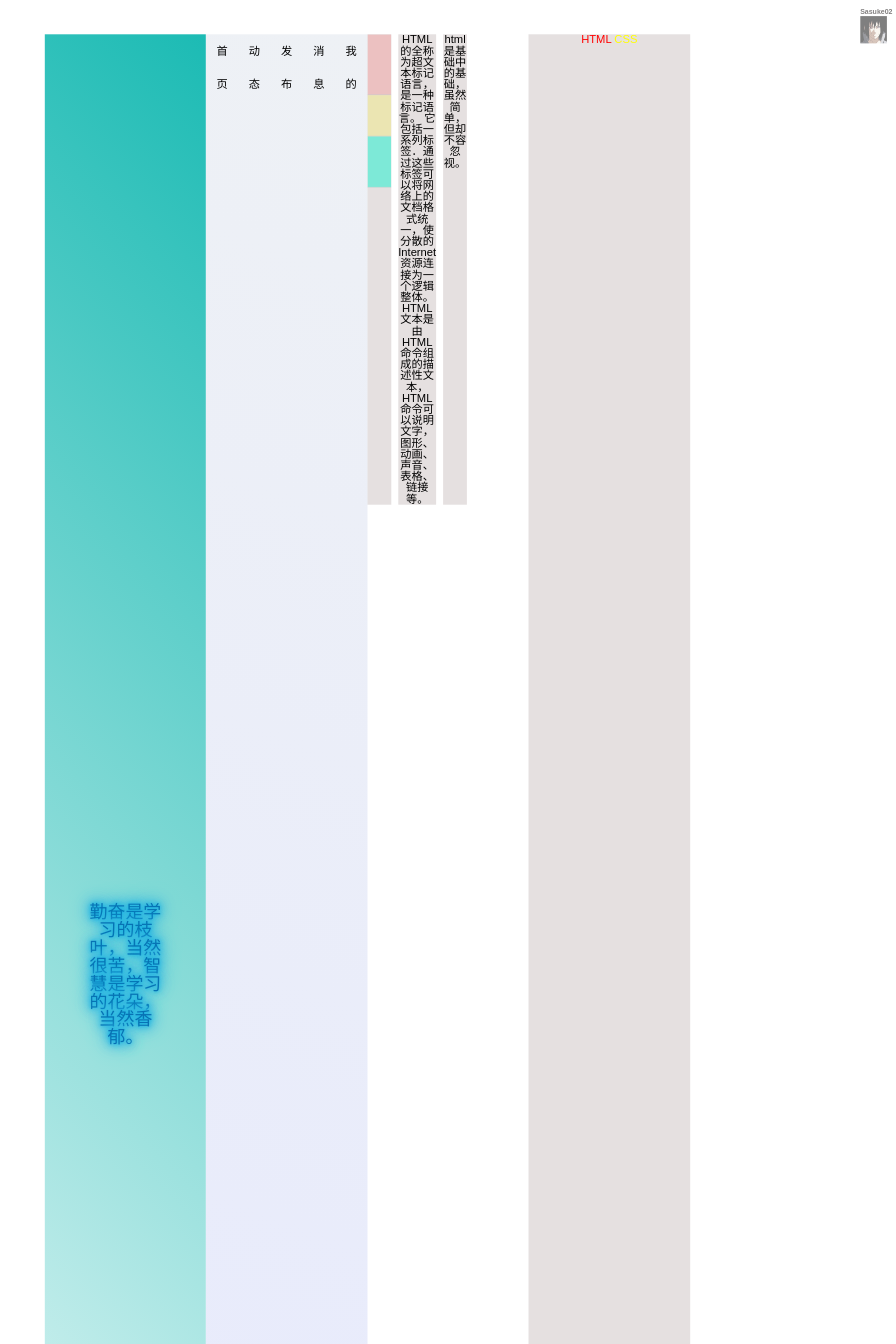
Repository: 8ecomeDreamer/personal_task
Page: labReport/project/src/html/index.html
These files come from the project's save history. The page is drawn as it stood at one moment and after the next save; the edit follows.
The browser window is 1280 px wide. The pictures show the part of the page from y = 0 to 1920 px (the page is 2737 px tall), at 70% of full size.
The style sheet was rebuilt from its Sass, Less or Tailwind sources for each picture, by a compiler version that may differ from the author's.

Above is the page before, as saved 2022-11-26 22:57:16.

### labReport/project/src/html/index.html
<!DOCTYPE html>
<html lang="en">
<head>
    <meta charset="UTF-8">
    <meta http-equiv="X-UA-Compatible" content="IE=edge">
    <meta name="viewport" content="width=device-width, initial-scale=1.0">
    <title>index</title>
    <link rel="stylesheet" href="../css/index.css" >
</head>
<body>
    <div class="wrapper">

        <header class="header gray">
            <div class="info">
                <span>Sasuke</span><span>02</span>
                <img src="../../assets/imgs/R-C.jpg">
            </div>
            <div class="text">
                <span>勤奋是学习的枝叶，当然很苦，智慧是学习的花朵，当然香郁。</span>
            </div>

        </header>
        <nav class="nav gray">
            <!-- <a class="a">HTML</a>
            <a class="a">CSS</a>
            <a class="a">HTML5</a>
            <a class="a">CSS3</a>
            <a class="a">表单与语录学习</a> -->
            <ul class="menu">
                <li class="item">
                    <a href="javascript:void(0);" class="link">
                        <i class="fa fa-home" aria-hidden="true"></i>
                        <span>首页</span>

                    </a>
                    <div class="xiala">
                        <a href="# ">语录学习</a>
                        <!-- <a href="# ">Link 2</a>
                        <a href="# ">Link 3</a> -->
                    </div>

                </li>
                <li class="item">
                    <a href="javascript:void(0);" class="link">
                        <i class="fa fa-heart" aria-hidden="true"></i>
                        <span>动态</span>
                    </a>
                </li>
                <li class="item">
                    <a href="javascript:void(0);" class="link">
                        <i class="fa fa-plus-circle" aria-hidden="true"></i>
                        <span>发布</span>
                    </a>
                </li>
                <li class="item">
                    <a href="javascript:void(0);" class="link">
                        <i class="fa fa-bell" aria-hidden="true"></i>
                        <span>消息</span>
                    </a>
                </li>
                <li class="item">
                    <a href="javascript:void(0);" class="link">
                        <i class="fa fa-user" aria-hidden="true"></i>
                        <span>我的</span>
                    </a>
                </li>
            </ul>
        </nav>
        <content class="content">
            <aside class="aside left gray">
                <ul class="ul">
                    <li class="li">
                        <div class="link basic"><i class="fa fa-paint-brush"></i>基础核心<i class="fa fa-chevron-down"></i></div>
                        <ul class="submenu">
                            <li><a href="#">Photoshop</a></li>
                            <li><a href="#">HTML</a></li>
                            <li><a href="#">CSS</a></li>
                            <li><a href="#">Maquetacion web</a></li>
                        </ul>
                    </li>
                    <li class="li">
                        <div class="link advanced"><i class="fa fa-code"></i>进阶<i class="fa fa-chevron-down"></i></div>
                        <ul class="submenu">
                            <li><a href="#">Javascript</a></li>
                            <li><a href="#">jQuery</a></li>
                            <!-- <li><a href="#">Frameworks javascript</a></li> -->
                        </ul>
                    </li>
                    <li class="li">
                        <div class="link reAdvanced"><i class="fa fa-mobile"></i>再进阶<i class="fa fa-chevron-down"></i></div>
                        <ul class="submenu">
                            <li><a href="#">vue</a></li>
                            <li><a href="#">Dispositivos mobiles</a></li>
                            <li><a href="#">Medios de escritorio</a></li>
                            <li><a href="#">Otros dispositivos</a></li>
                        </ul>
                    </li>
                </ul>
            </aside>
            <main class="main gray">
                <p class="html">HTML的全称为超文本标记语言，是一种标记语言。
                    它包括一系列标签．通过这些标签可以将网络上的文档格式统一，使分散的Internet资源连接为一个逻辑整体。HTML文本是由HTML命令组成的描述性文本，HTML命令可以说明文字，图形、动画、声音、表格、链接等。</p>
            </main>
            <aside class="aside right gray">
                <p class="p">
                    html是基础中的基础，虽然简单，但却不容忽视。
                </p>

            </aside>
        </content>
        <footer class="footer gray">
            <span style="color: red;">HTML</span>
            <span style="color: yellow;">CSS</span>
            <!-- <span></span>
            <span></span> -->

        </footer>
    </div>
</body>
</html>

### labReport/project/src/css/index.less
@import url('../../assets/css/reset.less');

.wrapper {
    width: 90vw;
    height: 90vh;
    padding: 1%;
    // background: yellowgreen;
    margin: 0 auto;
    margin-top: 5vh;
    text-align: center;
    display: grid;
    grid-template-rows: repeat(10,1fr);
    grid-template-columns:  repeat(5,1fr);
    grid-row-gap: 10px;
    .gray{
        background: rgba(170, 153, 153,.3);
    }
    .header,.nav, .content, .footer{
        // width: 100%;

    }
    .header {
        grid-area: 1/1/3/6;
        position: relative;
        background: linear-gradient(45deg, white, #1cbbb4);
        .info{
            // background: black;
            opacity: .5;
            width: 3%;
            // height: 50px;
            position: fixed;
            right: 1%;
            top: 1%;
            color: rgb(7, 1, 0);
            img{
                width: 100%;
                height: 80%;
                object-fit: contain;
            }
            span{
                font-size: 10px;
                font-weight: bold;
            }
        }
        .text{
            position: absolute;
            top: 50%;
            left: 50%;
            transform: translate(-50%,-50%);
            font-size: 1.6rem;
            color: #0872b4;
            animation: shining 5s alternate infinite;
        }
    }
    .nav{
        grid-area: 3/1/4/6;
        background: linear-gradient(200deg,#eef1f5,#e6e9fe);
        .menu{
            /* 设置列表项标记的类型为空 */
            list-style: none;
            /* 弹性布局 */
            display: flex;
            /* 水平居中 */
            justify-content: space-around;
            align-items: center;
            height: 100%;
            .item{
                /* 相对定位 */
                position: relative;
                /* 设置鼠标样式为手 */
                cursor: pointer;
                /* 设置内边距 */
                padding: 0 10px;
                width: 20%;
                height: 100%;
                line-height: 3;
                /* 延迟 */
                transition: all 0.4s ease;
                .link{
                    /* block将此元素设置为块级元素 */
                    display: block;
                    /* 相对定位 */
                    position: relative;
                    width: 100%;
                    // height: 100%;
                    // height: 100px;
                    color: black;
                    /* 取消a标签下划线 */
                    text-decoration: none;
                    /* 溢出隐藏 */
                    overflow: hidden;
                    /* 延迟 */
                    transition: all 0.4s ease;
                    &:hover{
                        background-color: #a38bdb;
                    }
                    &:hover .dropdown-content{
                        // display: block;
                    }
                    // .dropdown-content {
                    //     display: none;
                    //     position: absolute;
                    //     background-color: #f9f9f9;
                    //     min-width: 160px;
                    //     box-shadow: 0px 8px 16px 0px rgba(0,0,0,0.2);
                    // }


                }
                &:hover .xiala {
                    display: block;
                }

            }
            .xiala{
                display: none;
                position: absolute;
                width: 92%;
                background-color: #f9f9f9;
                min-width: 160px;
                box-shadow: 0px 8px 16px 0px rgba(0, 0, 0, 0.2);
                z-index: 100;
                a {
                    color: black;
                    padding: 12px 16px;
                    text-decoration: none;
                    display: block;
                    &:hover {
                        background-color: #f1f1f1;
                    }
                }
            }
        }
    }
    .content{
        // display: grid;
        grid-area: 4/1/9/6;
        display: grid;
        grid-template-rows: repeat(4,1fr);
        grid-template-columns: repeat(5,1fr);
        grid-column-gap: 10px;
        .aside.left{
            grid-area: 1/1/5/2;
            overflow: hidden;
            .ul{
                .li{
                    .link {
                        cursor: pointer;
                        display: block;
                        padding: 15px 15px 15px 42px;
                        color: black;
                        font-size: 14px;
                        font-weight: 700;
                        border-bottom: 1px solid #CCC;
                        position: relative;
                        -webkit-transition: all 0.4s ease;
                        -o-transition: all 0.4s ease;
                        transition: all 0.4s ease;

                    }
                    .link:hover {
                        background: black;
                    }
                    .link.basic{
                        background: #ecc1c1;
                    }
                    .link.advanced{
                        background: #ebe5b2;
                    }
                    .link.reAdvanced{
                        background: #7de9d7;
                    }

                    .submenu {
                        display: none;
                        background: white;
                        padding: 4px;
                        font-size: 20px;
                        li{
                            margin-bottom: 10px;
                            &:hover {
                                background: #b63b4d;
                                a{
                                    &:hover{
                                        color: #FFF;
                                    }
                                }
                            }
                        }

                    }

                    &:hover .submenu{
                        display: block;
                    }
                }
            }
        }
        .main{
            grid-area: 1/2/5/5;
        }
        .aside.right{
            grid-area: 1/5/5/6;
        }
    }
    .footer{
        grid-area: 9/1/11/6;
    }
}

@-webkit-keyframes shining {
    from {
        text-shadow: 0 0 10px lightblue, 0 0 20px lightblue, 0 0 30px lightblue, 0 0 40px skyblue, 0 0 50px skyblue, 0 0 60px skyblue;
    }

    to {
        text-shadow: 0 0 5px rgb(25, 176, 226), 0 0 10px rgb(25, 176, 226), 0 0 15px rgb(25, 176, 226), 0 0 20px rgb(25, 176, 226), 0 0 25px skyblue, 0 0 30px rgb(25, 176, 226);
    }
}

### labReport/project/assets/css/reset.less
html, body, div, span, applet, object, iframe,
h1, h2, h3, h4, h5, h6, p, blockquote, pre,
a, abbr, acronym, address, big, cite, code,
del, dfn, em, img, ins, kbd, q, s, samp,
small, strike, strong, sub, sup, tt, var,
b, u, i, center,
dl, dt, dd, ol, ul, li,
fieldset, form, label, legend,
table, caption, tbody, tfoot, thead, tr, th, td,
article, aside, canvas, details, embed,
figure, figcaption, footer, header, hgroup,
menu, nav, output, ruby, section, summary,
time, mark, audio, video{
  margin: 0;
  padding: 0;
  border: 0;
  font-size: 100%;
  font: inherit;
  font-weight: normal;
  vertical-align: baseline;
}
/* HTML5 display-role reset for older browsers */
article, aside, details, figcaption, figure,
footer, header, hgroup, menu, nav, section{
  display: block;
}
ol, ul, li{
  list-style: none;
}
blockquote, q{
  quotes: none;
}
blockquote:before, blockquote:after,
q:before, q:after{
  content: '';
  content: none;
}
table{
  border-collapse: collapse;
  border-spacing: 0;
}

/* custom */
a{
  color: #7e8c8d;
  text-decoration: none;
  -webkit-backface-visibility: hidden;
}
::-webkit-scrollbar{
  width: 5px;
  height: 5px;
}
::-webkit-scrollbar-track-piece{
  background-color: rgba(0, 0, 0, 0.2);
  -webkit-border-radius: 6px;
}
::-webkit-scrollbar-thumb:vertical{
  height: 5px;
  background-color: rgba(125, 125, 125, 0.7);
  -webkit-border-radius: 6px;
}
::-webkit-scrollbar-thumb:horizontal{
  width: 5px;
  background-color: rgba(125, 125, 125, 0.7);
  -webkit-border-radius: 6px;
}
html, body{
  width: 100%;
  font-family: "Arial", "Microsoft YaHei", "黑体", "宋体", "微软雅黑", sans-serif;
}
body{
  line-height: 1;
  -webkit-text-size-adjust: none;
  -webkit-tap-highlight-color: rgba(0, 0, 0, 0);
}
html{
  overflow-y: scroll;
}

/*清除浮动*/
.clearfix:before,
.clearfix:after{
  content: " ";
  display: inline-block;
  height: 0;
  clear: both;
  visibility: hidden;
}
.clearfix{
  *zoom: 1;
}

/*隐藏*/
.dn{
  display: none;
}

After the next save:
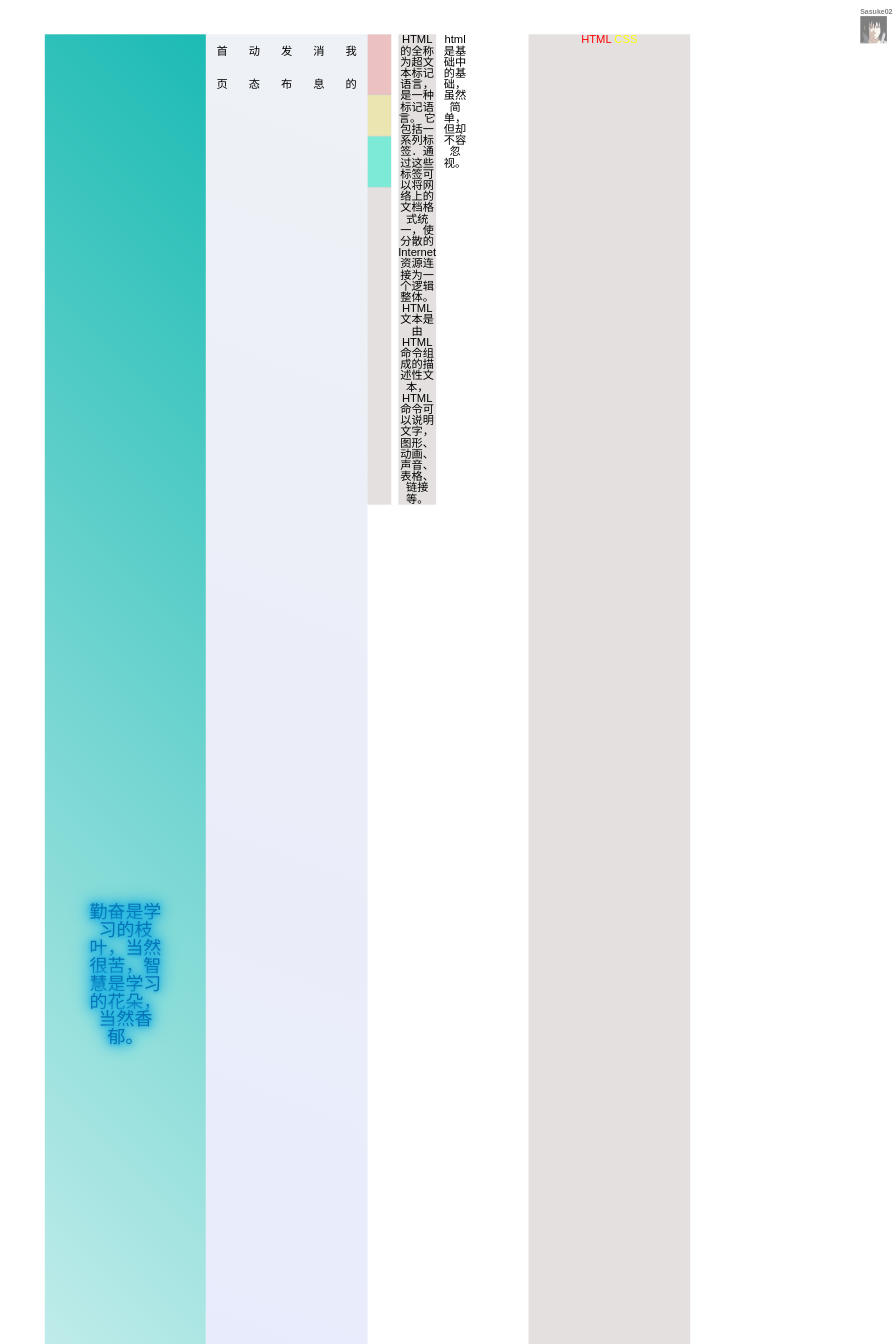
Saved 56 s later.
--- a/labReport/project/src/css/index.less
+++ b/labReport/project/src/css/index.less
@@ -201,6 +201,7 @@
         }
         .aside.right{
             grid-area: 1/5/5/6;
+            background: transparent;
         }
     }
     .footer{
